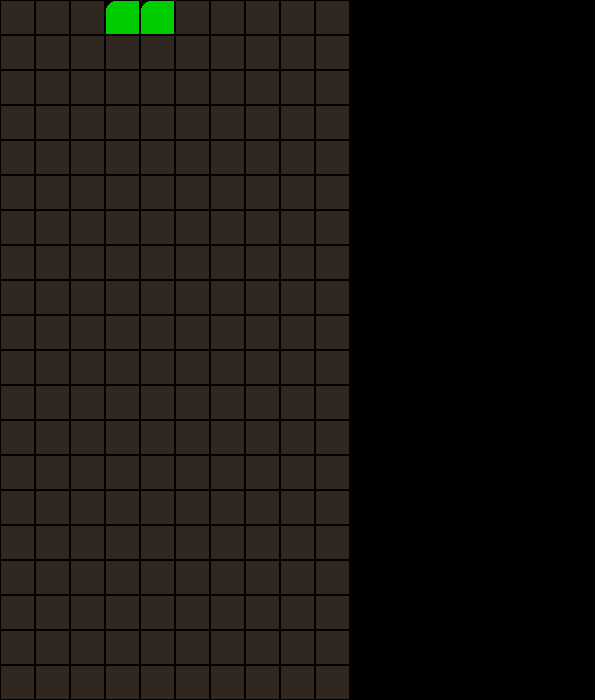
Repository: lucacdev/Tetris
Script's output: python assets/main.py
An editor plug-in stored every save of this project. The script's output is shown before and after the next save, followed by the edit.
The window is shown after at most 60 frames with no key pressed. Random numbers start from a fixed seed.

Above is the script's output before, as saved 2024-03-02 14:01:04.

After the next save:
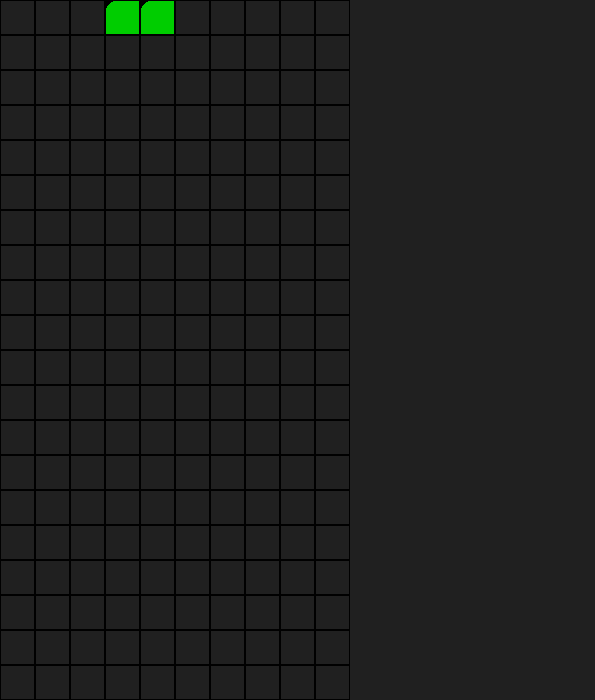
Saved 37 s later.
--- a/assets/main.py
+++ b/assets/main.py
@@ -7,7 +7,7 @@
     def __init__(self):
         pg.init()
         pg.display.set_caption('Tetris')
-        self.screen = pg.display.set_mode(FIELD_RES)
+        self.screen = pg.display.set_mode(WIN_RES)
         self.clock = pg.time.Clock()
         self.set_timer()
         # self.images = self.load_images()
@@ -32,7 +32,7 @@
         self.clock.tick(FPS)
 
     def draw(self):
-        self.screen.fill(color=FIELD_COLOUR)
+        self.screen.fill(color=BG_COLOUR)
         self.tetris.draw()
         pg.display.flip()
 
